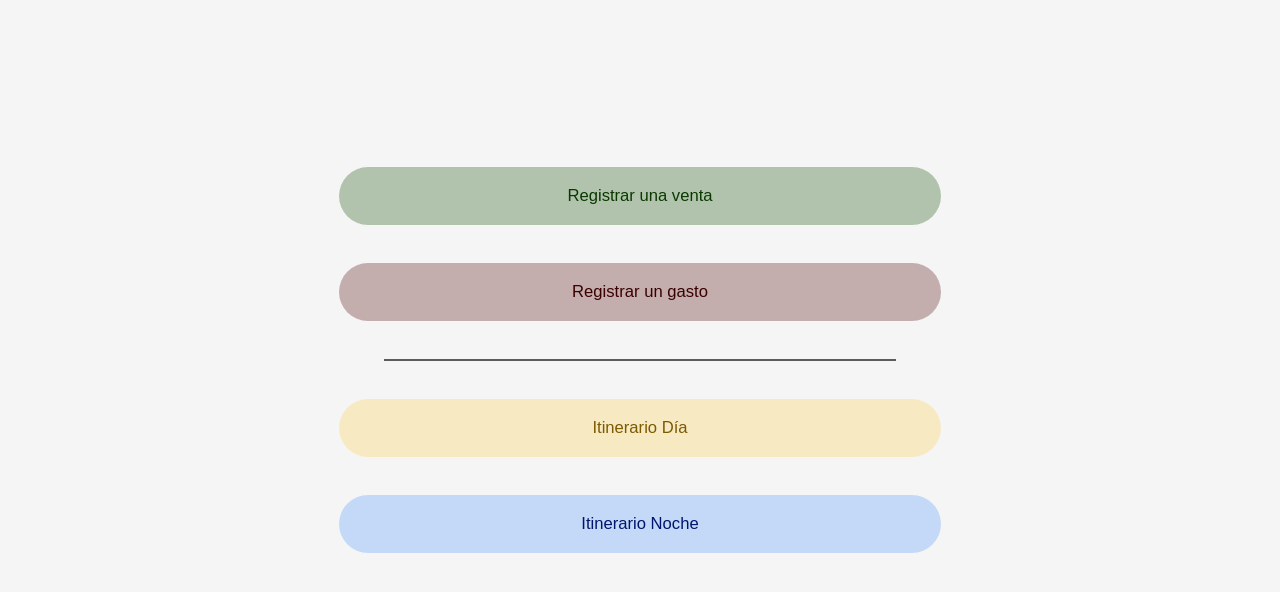
Repository: aCoupon0/intranet
Page: index.html
The author's editor kept a copy of each file at every save. The page is drawn from the files as they stood at one save, then again after the next save.
The browser window is 1280 px wide. The pictures show the whole page.

Above is the page before, as saved 2024-11-29 11:56:08.

After the next save:
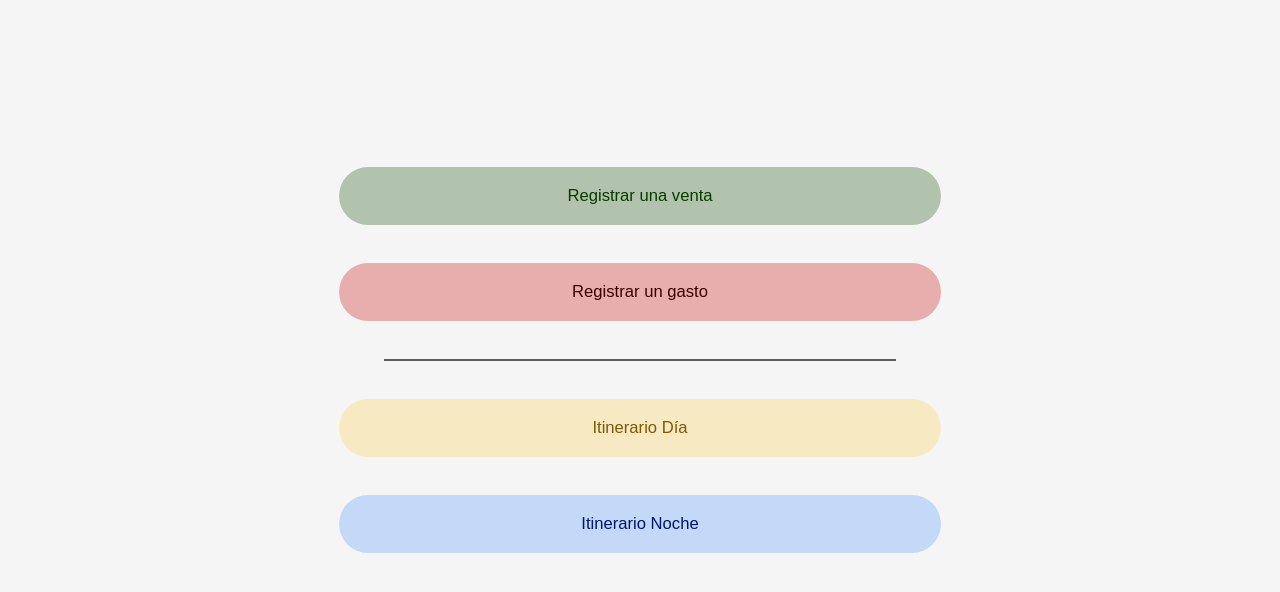
Saved 12 s later.
--- a/css/main.css
+++ b/css/main.css
@@ -42,7 +42,7 @@
 }
 
 .gasto {
-    background-color: rgba(76, 0, 0, 0.294);
+    background-color: rgba(202, 0, 0, 0.294);
     color: rgb(58, 0, 0);
 }
 
